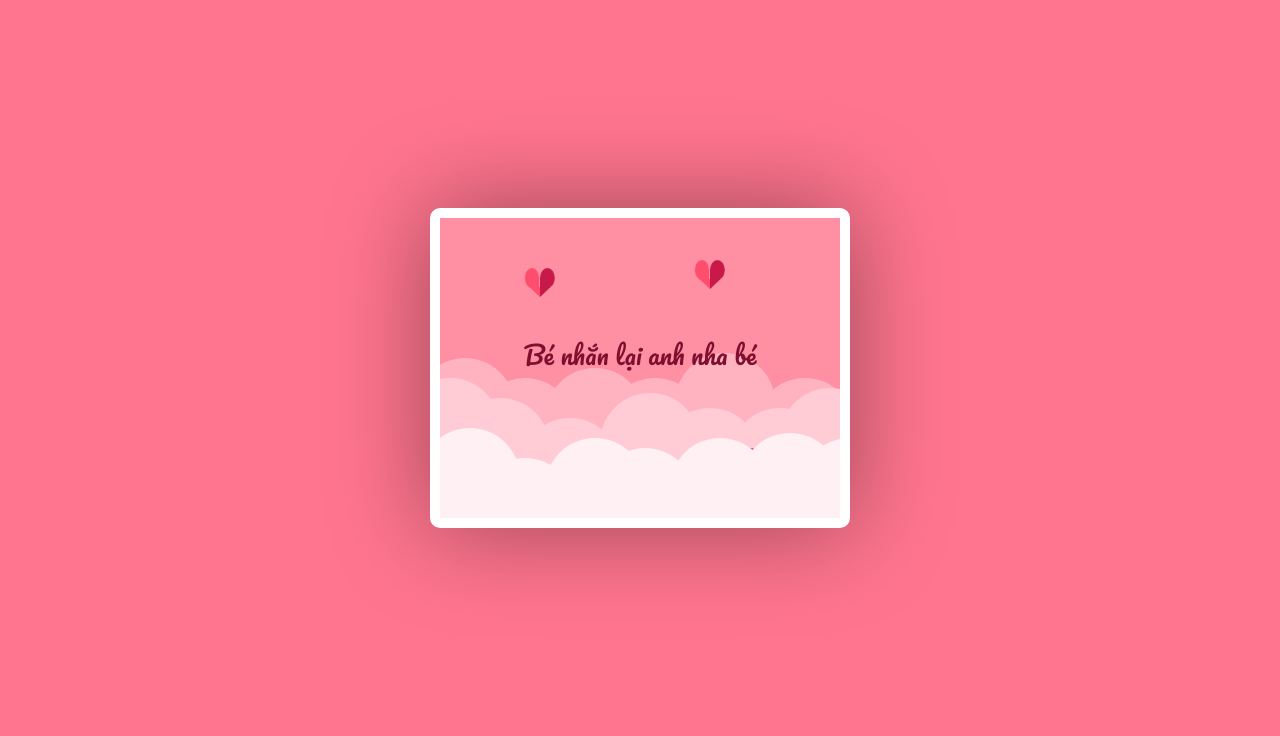
Repository: namtrung123456789/trannamtrung
Page: style.html
The author's editor kept a copy of each file at every save. The page is drawn from the files as they stood at one save, then again after the next save.
The browser window is 1280 px wide. The pictures show the whole page.
The pointer rests on the first visible `.text`.

Above is the page before, as saved 2024-07-28 19:58:36.

### style.html
<!DOCTYPE html>
<html lang="en">
<head>
    <meta charset="UTF-8">
    <meta name="viewport" content="width=device-width, initial-scale=1.0">
    <link rel="stylesheet" href="main.css">
    <title>Anh xin lỗi bé</title>
</head>
<body>
    <div class="happy-valentines">
        <div class="valentines-day-card">
          <div class="clouds"></div>
          <div class="hearts">
            <div class="heartOne">
              <div class="left-side"></div>
              <div class="right-side"></div>
            </div>
            <div class="heartTwo">
              <div class="left-side"></div>
              <div class="right-side"></div>
            </div>
                <div class="heartThree">
              <div class="left-side"></div>
              <div class="right-side"></div>
            </div>
             <div class="heartFour">
              <div class="left-side"></div>
              <div class="right-side"></div>
            </div>
             <div class="heartFive">
             <div class="left-side"></div>
              <div class="right-side"></div>
            </div>
          </div>
          <div class="text"><span>Anh xin lỗi bé</br> Trúc Ly nhiều</div>
        </div>

        </div>
</body>
</html>

### main.css
@import url('https://fonts.googleapis.com/css2?family=Pacifico&display=swap');

body {
  height: 100vh;
  display: flex;
  align-items: center;
  justify-content: center;
  background-color: #ff758f;
}

.valentines-day-card {
  position: relative;
  width: 400px;
  height: 300px;
  background-color: #ff8fa3;
  overflow: hidden;
  border:10px solid white;
  border-radius:10px;
  box-shadow: 0 0 100px rgba(0,0,0,.4);
}

.valentines-day-card:before {
  content:"";
  position: absolute;
  background-color: #ffb3c1;
  width:100px;
  height:100px;
  border-radius:50%;
  top:140px;
  left:-25px;
  box-shadow:60px 20px #ffb3c1,130px 10px #ffb3c1, 190px 20px #ffb3c1,260px -5px #ffb3c1, 340px 20px #ffb3c1;
}

.valentines-day-card:after {
  content:"";
  position: absolute;
  background-color: #ffccd5;
  width:100px;
  height:100px;
  border-radius:50%;
  top:160px;
  left:-40px;
  box-shadow: 50px 20px #ffccd5,120px 40px #ffccd5, 200px 15px #ffccd5,260px 30px #ffccd5, 330px 30px #ffccd5,380px 10px #ffccd5;
}

.clouds {
  position: absolute;
  width:100px;
  height:100px;
  border-radius:50%;
  background-color: #fff0f3;
  z-index:5;
  top:210px;
  left:-20px;
  box-shadow: 55px 30px #fff0f3, 125px 10px #fff0f3,175px 20px #fff0f3, 250px 10px #fff0f3, 320px 5px #fff0f3, 380px 10px #fff0f3;
}

.hearts {
  position: absolute;
  z-index:2;
}

.heartOne {
  position: absolute;
  left:100px;
  top:250px;
  animation: up 4s linear forwards 1s;
}

.heartTwo {
  position: absolute;
  left:270px;
  top:230px;
  animation: up 5s linear forwards 1.8s;
}

.heartThree {
  position: absolute;
  left:85px;
  top:415px;
  animation: up 5s linear forwards 3s;
}

.heartFour {
  position: absolute;
  left:320px;
  top:380px;
  animation: upTwo 9s linear infinite 3.5s;
}

.heartFive {
  position: absolute;
  left:150px;
  top:400px;
  animation: upTwo 13s linear infinite 4.5s;
}

.right-side:before, .right-side:after {
  position: absolute;
  content:"";
  transform-origin: left;
  animation: move 1s ease infinite;
}

.right-side:before {
  border-radius:50% 50% 50% 0;
  width:21px;
  height:20px;
  background-color: #c9184a;
  left:-0.26px;
}

.right-side:after {
  height:0;
  width:0;
  border-bottom:10px solid transparent;
  border-left: 15px solid #c9184a;
  top:19px;
  left:-0.26px;
}

@keyframes move {
  0%, 100% {transform: rotateY(0);}
  50% {transform: rotateY(-45deg);}
}

.left-side:before, .left-side:after {
  position: absolute;
  content:"";
  transform-origin: right;
  animation: move 1s ease infinite;
}

.left-side:before {
  border-radius:50% 50% 0 50%;
  width:20px;
  height:20px;
  left:-20.7px;
  background-color: #ff4d6d;
}

.left-side:after {
  height:0;
  width:0;
  left:-15px;
  border-bottom:10px solid transparent;
  border-right: 15px solid #ff4d6d;
  top:19px;
}

@keyframes up {
  0% {transform: translateY(0);}
  100% {transform: translateY(-200px);}
}

@keyframes upTwo {
  0% {transform: translateY(0);}
  100% {transform: translateY(-450px);}
}

.text {
  position: absolute;
  color: #800f2f;
  font-size:30px;
  font-family: 'Pacifico', cursive;
  line-height:1;
  text-align: center;
  width:380px;
  left:10px;
  z-index:3;
  top:320px;
  animation: up 1s ease forwards;
  transition: .2s;
}

.hover {
  color: white;
  font-family: 'Pacifico', cursive;
  text-align: center;
}

.text:hover span {
  display: none;
}

.text:hover:before {
  content:"Bé nhắn lại anh nha bé";
  font-size:25px;

}

After the next save:
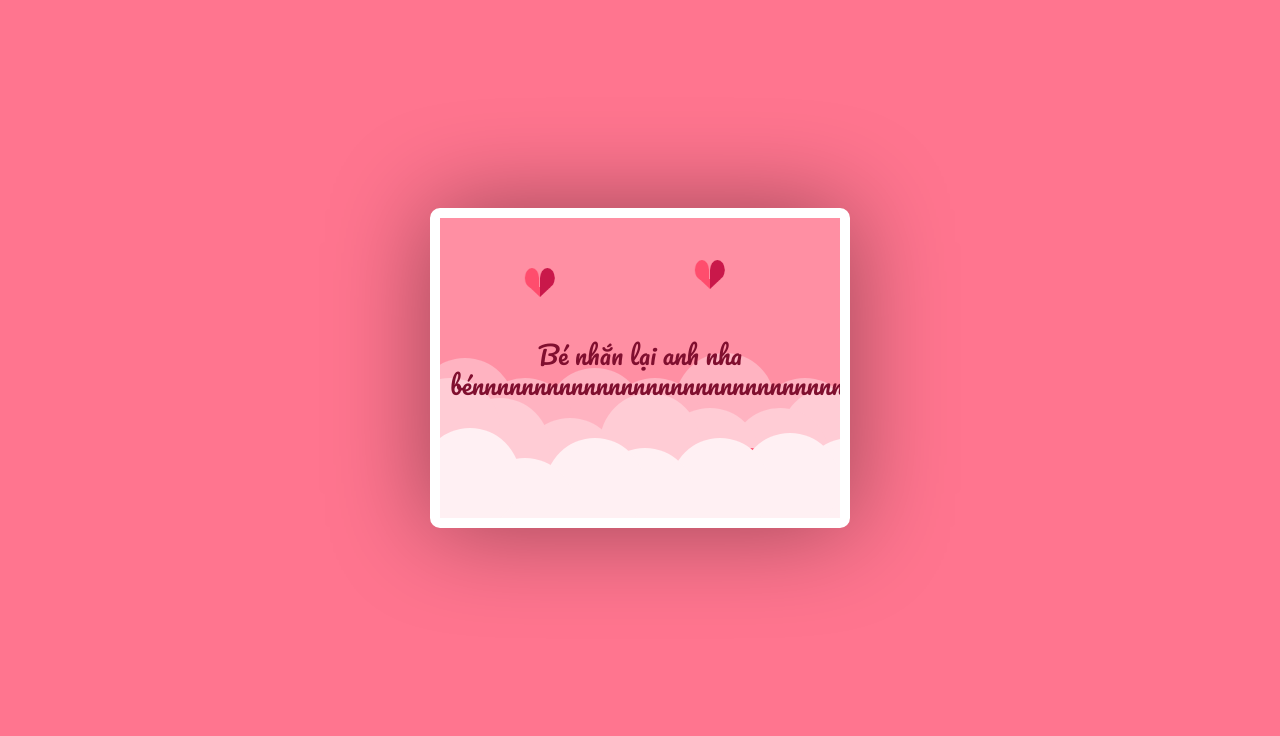
Saved 26 s later.
--- a/main.css
+++ b/main.css
@@ -184,7 +184,7 @@ body {
 }
 
 .text:hover:before {
-  content:"Bé nhắn lại anh nha bé";
+  content:"Bé nhắn lại anh nha bénnnnnnnnnnnnnnnnnnnnnnnnnnnnnnnnnnn";
   font-size:25px;
 
 }
